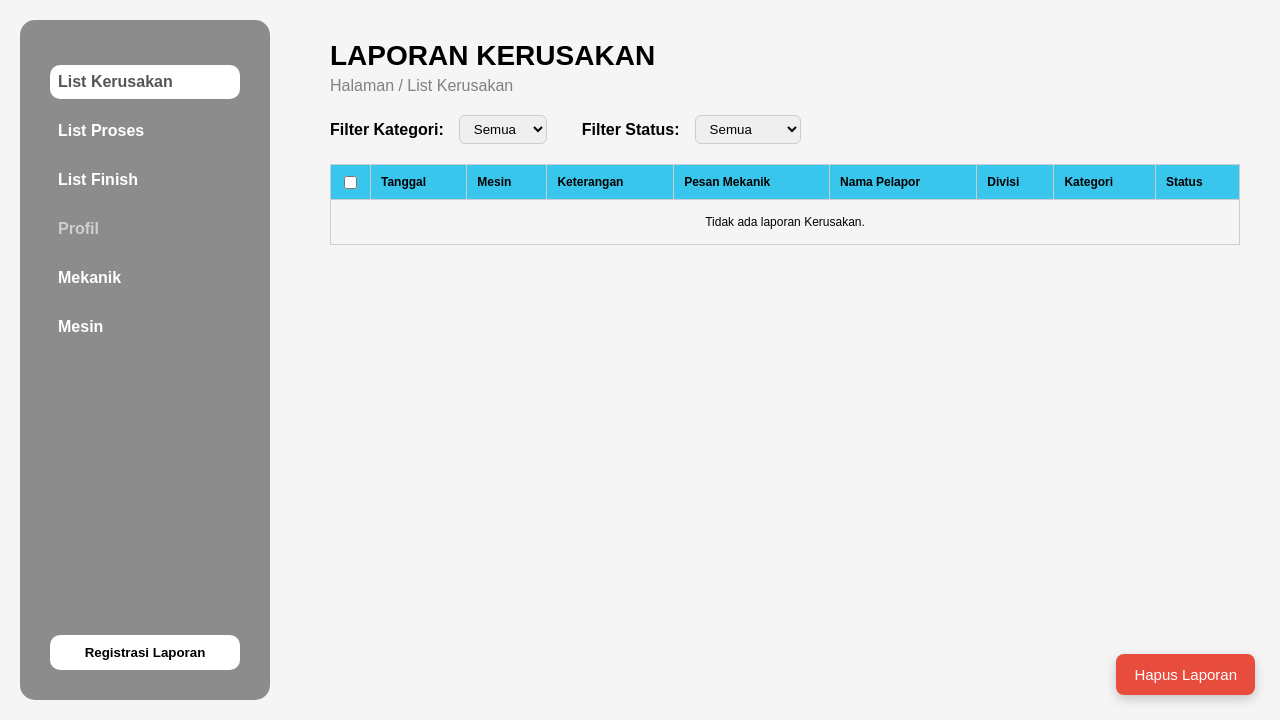
Repository: 1rHub/maintenance
Page: http://localhost/dashboard_laporan.php
The author's editor kept a copy of each file at every save. The page is drawn from the files as they stood at one save, then again after the next save.
The browser window is 1280 px wide. The pictures show the whole page.
The page is run by PHP 8.4 with error messages shown; the project is at /var/www/html/. Queries for data that is not in the repository find no rows.

Above is the page before, as saved 2025-10-16 00:26:46.

### dashboard_laporan.php
<?php
session_start();
include "koneksi.php";
include "sidebar.php";

// === HAPUS LAPORAN ===
if ($_SERVER["REQUEST_METHOD"] === "POST" && isset($_POST['hapus_laporan'])) {
    if (!empty($_POST['selected_id'])) {
        $ids = implode(",", array_map('intval', $_POST['selected_id']));
        $query = "DELETE FROM laporan WHERE id IN ($ids)";
        mysqli_query($conn, $query);
    }
    header("Location: dashboard_laporan.php?hapus=1");
    exit();
}

// === SIMPAN LAPORAN BARU ===
if ($_SERVER['REQUEST_METHOD'] === 'POST' && isset($_POST['submit_laporan'])) {
    $nama = $_POST['nama'];
    $divisi = $_POST['divisi'];
    $mesin_id = $_POST['mesin_id'];
    $pesan = $_POST['pesan'];
    $kategori = $_POST['kategori'];

    $sql = "INSERT INTO laporan (nama, divisi, mesin_id, pesan, kategori, tanggal, status)
            VALUES ('$nama', '$divisi', '$mesin_id', '$pesan', '$kategori', NOW(), 'kerusakan')";
    if (mysqli_query($conn, $sql)) {
        header("Location: dashboard_laporan.php?success=1");
        exit;
    } else {
        echo "Error: " . mysqli_error($conn);
    }
}

// === AMBIL LAPORAN (PILIH MEKANIK) ===
if ($_SERVER['REQUEST_METHOD'] === 'POST' && isset($_POST['ambil_laporan'])) {
    $id_laporan = $_POST['id_laporan'];
    $mekanik_ids = $_POST['nama_mekanik'] ?? [];

    if (empty($mekanik_ids)) {
        echo "<script>alert('Pilih minimal satu mekanik.'); history.back();</script>";
        exit;
    }

    // Ambil nama mekanik dari tabel berdasarkan ID
    $nama_mekanik_list = [];
    $id_str = implode(",", array_map('intval', $mekanik_ids));
    $query = mysqli_query($conn, "SELECT nama FROM mekanik WHERE id IN ($id_str)");
    while ($row = mysqli_fetch_assoc($query)) {
        $nama_mekanik_list[] = $row['nama'];
    }

    $nama_mekanik = implode(", ", $nama_mekanik_list);
    $mekanik_id_str = implode(",", $mekanik_ids);

    // Update laporan → pindah ke proses
    $sql = "UPDATE laporan
            SET status='proses', mekanik_id=?, pesan_mekanik=?
            WHERE id=?";
    $stmt = $conn->prepare($sql);
    $stmt->bind_param("ssi", $mekanik_id_str, $nama_mekanik, $id_laporan);

    if ($stmt->execute()) {
        header("Location: list_proses.php?ambil=1");
        exit;
    } else {
        echo "Error: " . $conn->error;
    }
}
?>
<!DOCTYPE html>
<html lang="id">
<head>
    <meta charset="UTF-8">
    <title>Dashboard Laporan</title>
    <link rel="stylesheet" href="assets/css/style.css">
</head>
<body>
    <div class="main-content">
        <h1>LAPORAN KERUSAKAN</h1>
        <p class="breadcrumb">Halaman / List Kerusakan</p>

        <?php if (isset($_GET['success'])): ?>
            <p class="success" id="successMsg">✅ Laporan berhasil disimpan!</p>
        <?php endif; ?>
        <?php if (isset($_GET['ambil'])): ?>
            <p class="success" id="successMsg">✅ Laporan berhasil diambil ke proses!</p>
        <?php endif; ?>
        <?php if (isset($_GET['hapus'])): ?>
            <p class="success" id="successMsg">✅ Laporan berhasil dihapus!</p>
        <?php endif; ?>

        <div class="filter">
            <label for="filterKategori">Filter Kategori:</label>
            <select id="filterKategori" onchange="filterTable()">
                <option value="all">Semua</option>
                <option value="Biasa">Biasa</option>
                <option value="Sedang">Sedang</option>
                <option value="Urgent">Urgent</option>
            </select>

            <label for="filterStatus" style="margin-left: 20px;">Filter Status:</label>
            <select id="filterStatus" onchange="filterTable()">
                <option value="all">Semua</option>
                <option value="kerusakan">Kerusakan</option>
                <option value="ditunda">Ditunda</option>
            </select>
        </div>


        <form id="hapusForm" method="POST">
            <input type="hidden" name="hapus_laporan" value="1">

            <table id="laporanTable">
                <thead>
                    <tr>
                        <th style="width:40px; text-align:center;"><input type="checkbox" id="checkAll" onclick="toggleAll(this)"></th>
                        <th>Tanggal</th>
                        <th>Mesin</th>
                        <th>Keterangan</th>
                        <th>Pesan Mekanik</th>
                        <th>Nama Pelapor</th>
                        <th>Divisi</th>
                        <th>Kategori</th>
                        <th>Status</th>
                    </tr>
                </thead>
                <tbody>
                    <?php
                    $result = mysqli_query($conn, "
                        SELECT l.*, m.nama_mesin,
                            GROUP_CONCAT(mk.nama SEPARATOR ', ') AS nama_mekanik
                        FROM laporan l
                        LEFT JOIN mesin m ON l.mesin_id = m.id
                        LEFT JOIN mekanik mk ON FIND_IN_SET(mk.id, l.mekanik_id)
                        WHERE l.status IN ('kerusakan', 'ditunda')
                        GROUP BY l.id
                        ORDER BY l.tanggal DESC
                    ");

                    if (mysqli_num_rows($result) > 0) {
                        while ($laporan = mysqli_fetch_assoc($result)) {
                            $kategoriClass = strtolower($laporan['kategori']);
                            echo "<tr data-kategori='{$laporan['kategori']}'>
                                <td style='text-align:center;'><input type='checkbox' name='selected_id[]' value='{$laporan['id']}'></td>
                                <td>{$laporan['tanggal']}</td>
                                <td>
                                    <a href='#' onclick=\"openDetailPopup(
                                        '{$laporan['id']}',
                                        '" . htmlspecialchars($laporan['nama_mesin'], ENT_QUOTES) . "',
                                        '" . htmlspecialchars($laporan['pesan'], ENT_QUOTES) . "',
                                        '{$laporan['status']}',
                                        '" . htmlspecialchars($laporan['mekanik_id'] ?? '', ENT_QUOTES) . "',
                                        '" . htmlspecialchars($laporan['pesan_mekanik'] ?? '', ENT_QUOTES) . "'
                                    )\">{$laporan['nama_mesin']}</a>
                                </td>
                                <td>{$laporan['pesan']}</td>
                                <td>" . ($laporan['pesan_mekanik'] ?? '-') . "</td>
                                <td>{$laporan['nama']}</td>
                                <td>{$laporan['divisi']}</td>
                                <td class='kategori {$kategoriClass}'>" . ucfirst($laporan['kategori']) . "</td>
                                <td class='status'>{$laporan['status']}</td>
                            </tr>";
                        }
                    } else {
                        echo "<tr><td colspan='9' style='text-align:center; padding:15px;'>Tidak ada laporan Kerusakan.</td></tr>";
                    }
                    ?>
                </tbody>
            </table>

            <button type="button" onclick="openDeletePopup()" class="hapus-float-btn">Hapus Laporan</button>
        </form>
    </div>

    <!-- Popup Tambah Laporan -->
    <div class="popup" id="popupForm">
        <div class="popup-content">
            <span class="close-btn" onclick="closePopup()">&times;</span>
            <h2>Registrasi Laporan</h2>
            <form method="POST">
                <label>Nama:</label>
                <input type="text" name="nama" required>
                <label>Divisi:</label>
                <select name="divisi" required>
                    <option value="Gudang">Gudang</option>
                    <option value="Hollow">Hollow</option>
                    <option value="Tiang">Tiang</option>
                    <option value="Slitter">Slitter</option>
                    <option value="Subcon">Subcon</option>
                    <option value="Grating">Grating</option>
                    <option value="H-Beam">H-Beam</option>
                </select>
                <label>Mesin:</label>
                <select name="mesin_id" required>
                    <option value="">-- Pilih Mesin --</option>
                    <?php
                    $mesin_res = mysqli_query($conn, "SELECT id, nama_mesin FROM mesin ORDER BY nama_mesin ASC");
                    while ($m = mysqli_fetch_assoc($mesin_res)) {
                        echo "<option value='{$m['id']}'>{$m['nama_mesin']}</option>";
                    }
                    ?>
                </select>
                <label>Pesan Kerusakan:</label>
                <textarea name="pesan" rows="3" required></textarea>
                <label>Kategori:</label>
                <select name="kategori" required>
                    <option value="Biasa">Biasa</option>
                    <option value="Sedang">Sedang</option>
                    <option value="Urgent">Urgent</option>
                </select>
                <button type="submit" name="submit_laporan">Kirim Laporan</button>
            </form>
        </div>
    </div>

    <!-- Popup Detail -->
    <div id="popupDetail" class="popup">
        <div class="popup-content">
            <span class="close-btn" onclick="closeDetailPopup()">&times;</span>
            <h2>Detail Laporan</h2>
            <input type="hidden" id="detail_id">
            <label>Nama Mesin:</label>
            <input type="text" id="detail_mesin" readonly>
            <label>Keterangan:</label>
            <textarea id="detail_pesan" readonly></textarea>
            <label>Pesan Mekanik:</label>
            <textarea id="detail_pesan_mekanik" readonly></textarea>
            <label>Pilih Mekanik:</label>
            <div id="mekanikList">
                <?php
                $sql = "SELECT id, nama FROM mekanik ORDER BY nama ASC";
                $result = mysqli_query($conn, $sql);
                if ($result && mysqli_num_rows($result) > 0) {
                    while ($row = mysqli_fetch_assoc($result)) {
                        echo '<label><input type="checkbox" value="' . $row['id'] . '"> ' . htmlspecialchars($row['nama']) . '</label>';
                    }
                } else {
                    echo "<p>Tidak ada data mekanik</p>";
                }
                ?>
            </div>
            <button id="ambilBtn" class="btn-ambil">Ambil</button>
            <form id="ambilForm" method="POST" style="display:none;">
                <input type="hidden" name="ambil_laporan" value="1">
                <input type="hidden" id="ambil_id_laporan" name="id_laporan">
                <div id="ambil_mekanik_inputs"></div>
            </form>
        </div>
    </div>

    <script>
        function openDetailPopup(id, mesin, pesan, status, mekanik_ids, pesan_mekanik) {
            const popup = document.getElementById('popupDetail');
            popup.style.display = 'flex';
            document.getElementById('detail_id').value = id;
            document.getElementById('detail_mesin').value = mesin;
            document.getElementById('detail_pesan').value = pesan;
            document.getElementById('detail_pesan_mekanik').value = pesan_mekanik || '';

            const checkboxes = document.querySelectorAll('#mekanikList input[type=checkbox]');
            const ambilBtn = document.getElementById('ambilBtn');

            checkboxes.forEach(cb => { cb.checked = false; cb.disabled = false; });

            if (mekanik_ids) {
                mekanik_ids.split(",").forEach(id => {
                    checkboxes.forEach(cb => {
                        if (cb.value === id.trim()) cb.checked = true;
                    });
                });
            }

            if (status === 'ditunda') {
                checkboxes.forEach(cb => cb.disabled = true);
                ambilBtn.style.display = 'block';
                ambilBtn.textContent = 'Lanjutkan Perbaikan';
                ambilBtn.style.backgroundColor = '#27ae60';
            } else if (status === 'kerusakan') {
                ambilBtn.style.display = 'block';
                ambilBtn.textContent = 'Ambil';
                ambilBtn.style.backgroundColor = '#39c6ed';
            } else {
                ambilBtn.style.display = 'none';
            }
        }

        function closeDetailPopup() { document.getElementById('popupDetail').style.display = 'none'; }
        function toggleAll(src) { document.querySelectorAll('input[name="selected_id[]"]').forEach(cb => cb.checked = src.checked); }
        document.getElementById("ambilBtn").addEventListener("click", function() {
            const idLaporan = document.getElementById("detail_id").value;
            const checkboxes = document.querySelectorAll('#mekanikList input[type=checkbox]:checked');
            const form = document.getElementById("ambilForm");
            const mekanikContainer = document.getElementById("ambil_mekanik_inputs");
            mekanikContainer.innerHTML = "";
            document.getElementById("ambil_id_laporan").value = idLaporan;

            checkboxes.forEach(cb => {
                const input = document.createElement("input");
                input.type = "hidden";
                input.name = "nama_mekanik[]";
                input.value = cb.value;
                mekanikContainer.appendChild(input);
            });
            form.submit();
        });
    </script>
</body>
</html>

### koneksi.php
<?php
$host = "localhost";
$user = "root";
$pass = "";
$db   = "db_laporan";

$conn = new mysqli($host, $user, $pass, $db);

if ($conn->connect_error) {
    die("Koneksi gagal: " . $conn->connect_error);
}
?>

### sidebar.php
<?php

$current_page = basename($_SERVER['PHP_SELF']);
?>

<head>
    <link rel="stylesheet" href="assets/css/style.css">
</head>
<div class="sidebar">
    <ul class="menu">
        <li>
            <a href="dashboard_laporan.php" class="<?= $current_page == 'dashboard_laporan.php' ? 'active' : '' ?>">
                List Kerusakan
            </a>
        </li>
        <li>
            <a href="list_proses.php" class="<?= $current_page == 'list_proses.php' ? 'active' : '' ?>">
                List Proses
            </a>
        </li>
        <li>
            <a href="list_finish.php" class="<?= $current_page == 'list_finish.php' ? 'active' : '' ?>">
                List Finish
            </a>
        </li>
        <li>
            <a href="#" class="disabled">Profil</a>
        </li>
        <li>
            <a href="mekanik.php" class="<?= $current_page == 'mekanik.php' ? 'active' : '' ?>">
                Mekanik
            </a>
        </li>
        <li>
            <a href="mesin.php" class="<?= $current_page == 'mesin.php' ? 'active' : '' ?>">
                Mesin
            </a>
        </li>
    </ul>
    <?php if ($current_page == 'dashboard_laporan.php'): ?>
        <button class="register-btn" onclick="openPopup()">Registrasi Laporan</button>
    <?php endif; ?>
</div>

Loaded but not shown: assets/css/style.css (590 lines, source omitted)

After the next save:
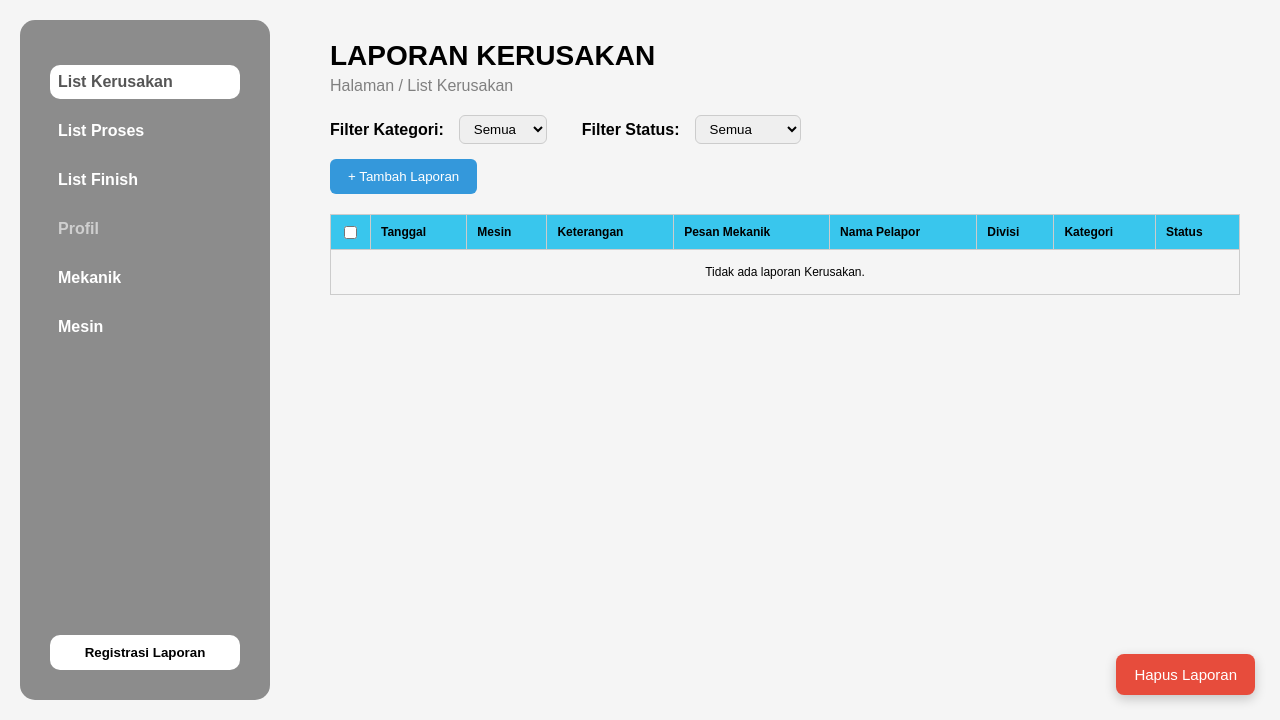
Saved 3 min 28 s later.
--- a/dashboard_laporan.php
+++ b/dashboard_laporan.php
@@ -106,6 +106,14 @@ if ($_SERVER['REQUEST_METHOD'] === 'POST' && isset($_POST['ambil_laporan'])) {
                 <option value="ditunda">Ditunda</option>
             </select>
         </div>
+
+        <!-- Tombol Tambah Laporan -->
+<div style="margin-bottom: 15px;">
+    <button onclick="openPopup()"
+        style="background-color:#3498db; color:white; border:none; padding:10px 18px; border-radius:6px; cursor:pointer;">
+        + Tambah Laporan
+    </button>
+</div>
 
 
         <form id="hapusForm" method="POST">
